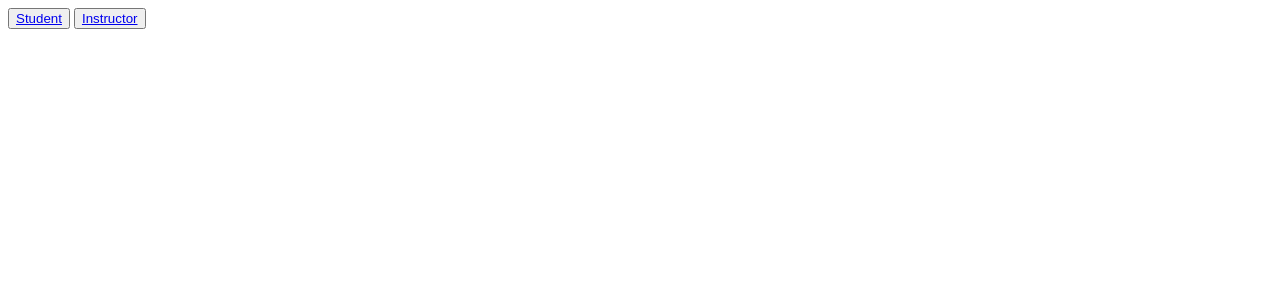
Repository: sanjukthas/NumberUtility
Page: http://localhost/HarrisonCollege/Home.jsp
These files come from the project's save history. The page is drawn as it stood at one moment and after the next save; the edit follows.
The browser window is 1280 px wide. The pictures show the whole page.
The page is served by Tomcat 9. Other server files are loaded and not shown.

Above is the page before, as saved 2016-07-22 15:10:38.

### HarrisonCollege/WebContent/Home.jsp
<%@ page language="java" contentType="text/html; charset=UTF-8"
    pageEncoding="UTF-8"%>
    <%@ taglib prefix="c" uri="http://java.sun.com/jsp/jstl/core" %>
<%@ taglib prefix="fmt" uri="http://java.sun.com/jsp/jstl/fmt" %>
<!DOCTYPE html PUBLIC "-//W3C//DTD HTML 4.01 Transitional//EN" "http://www.w3.org/TR/html4/loose.dtd">
<html>
<head>
<meta http-equiv="Content-Type" content="text/html; charset=UTF-8">
<title>Home Page</title>
</head>
<body>


<div class="container">

<div class="btn-group">
  <button type="button" class="btn btn-primary"><a href="/StudentServlet.java">Student</a></button>
  <button type="button" class="btn btn-primary"><a href="/InstructorServlet.java">Instructor</a></button>
 </div>


</div>
</body>
</html>

After the next save:
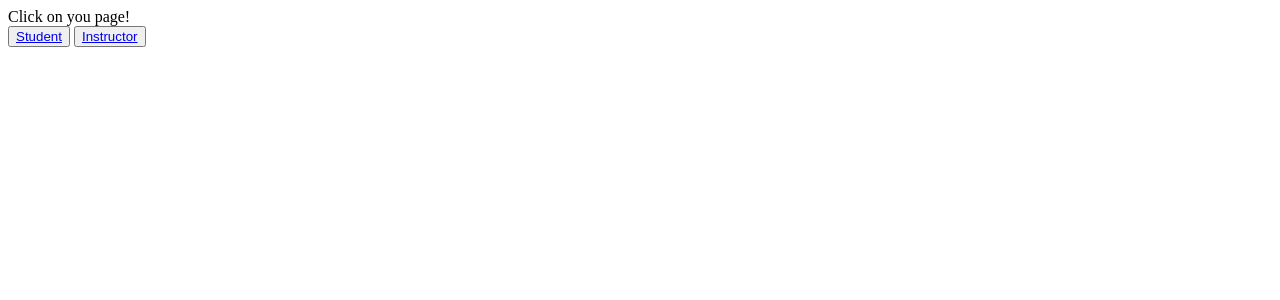
Saved 98 s later.
--- a/HarrisonCollege/WebContent/Home.jsp
+++ b/HarrisonCollege/WebContent/Home.jsp
@@ -9,7 +9,7 @@
 <title>Home Page</title>
 </head>
 <body>
-
+    Click on you page!
 
 <div class="container">
 
